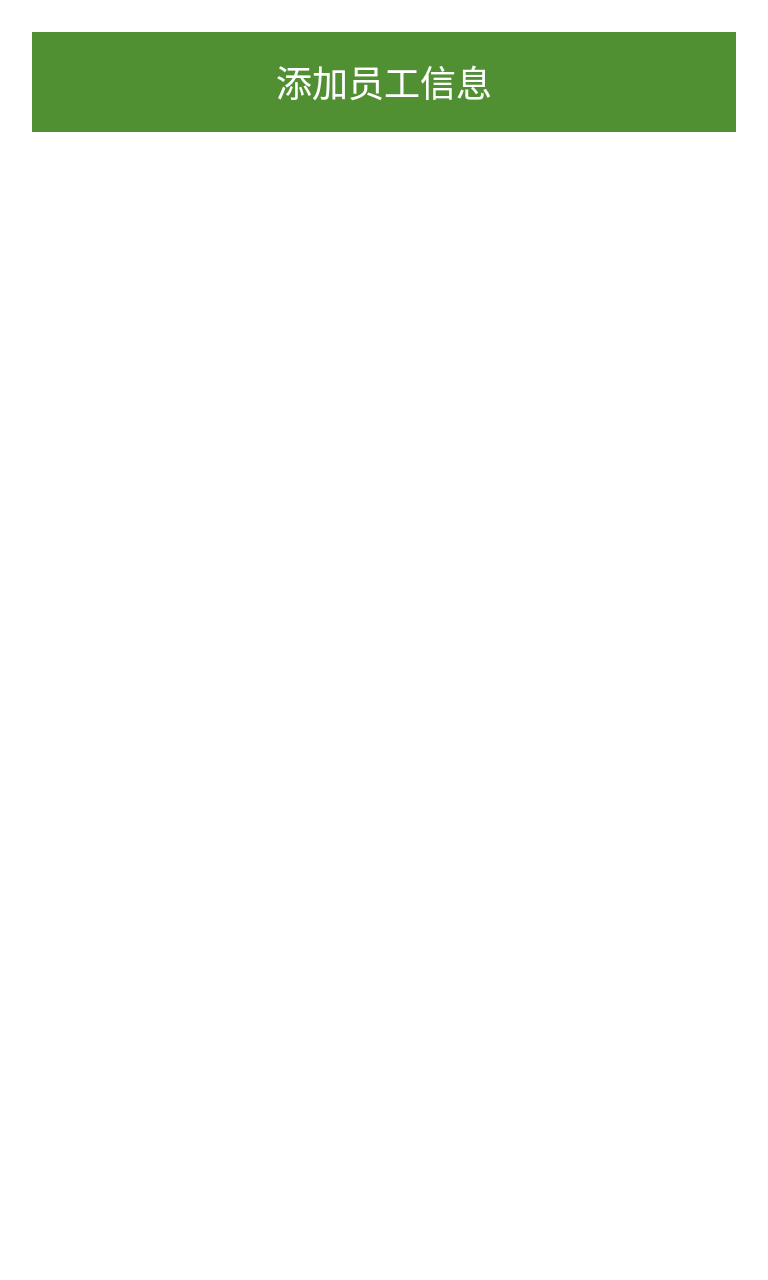
Repository: xuelang201201/Android
Layout: Android网络/android_day03_ems/res/layout/activity_list_emp.xml
An editor plug-in stored every save of this project. The layout is shown before and after the next save, followed by the edit.
It is drawn on a 768 x 1280 px phone screen (xhdpi) without system bars, with theme android:Theme.Light.NoTitleBar; the app's code is not run.

Above is the layout before, as saved 2016-03-03 00:07:56.

After the next save:
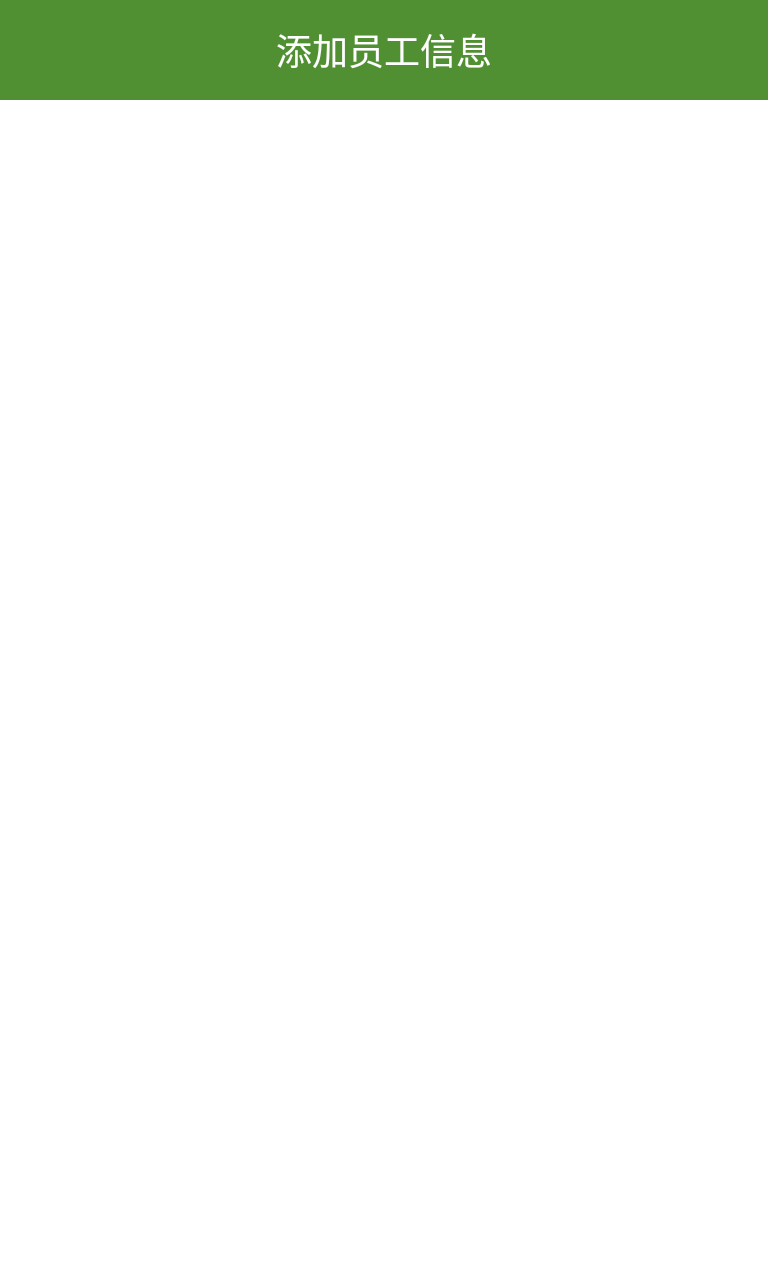
Saved 7 s later.
--- a/Android网络/android_day03_ems/res/layout/activity_list_emp.xml
+++ b/Android网络/android_day03_ems/res/layout/activity_list_emp.xml
@@ -2,10 +2,6 @@
     xmlns:tools="http://schemas.android.com/tools"
     android:layout_width="match_parent"
     android:layout_height="match_parent"
-    android:paddingBottom="@dimen/activity_vertical_margin"
-    android:paddingLeft="@dimen/activity_horizontal_margin"
-    android:paddingRight="@dimen/activity_horizontal_margin"
-    android:paddingTop="@dimen/activity_vertical_margin"
     tools:context=".ListEmpActivity" >
 
     <TextView
